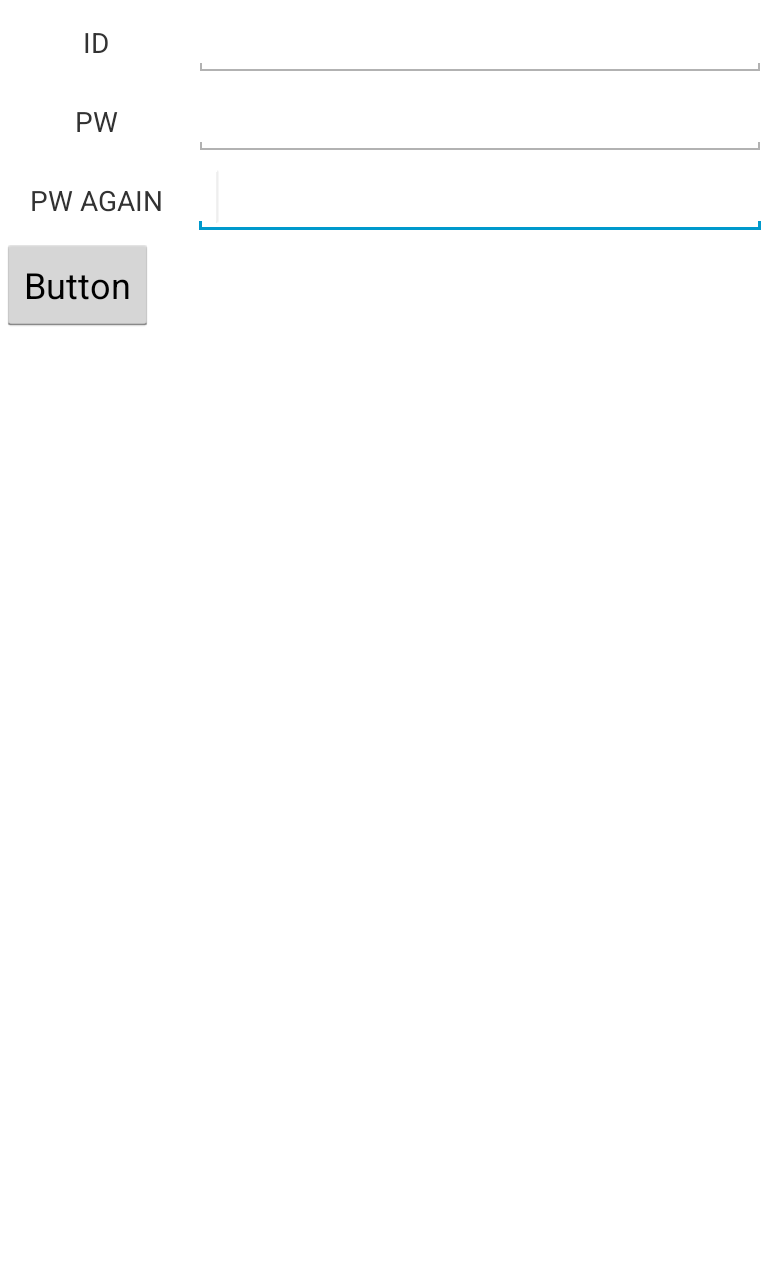
Repository: mewards/Android_Study
Layout: hw/wooil/hw4/res/layout/join.xml
The author's editor kept a copy of each file at every save. The layout is drawn from the files as they stood at one save, then again after the next save.
It is drawn on a 768 x 1280 px phone screen (xhdpi) without system bars, with theme AppTheme; the app's code is not run.

Above is the layout before, as saved 2014-03-04 05:33:39.

After the next save:
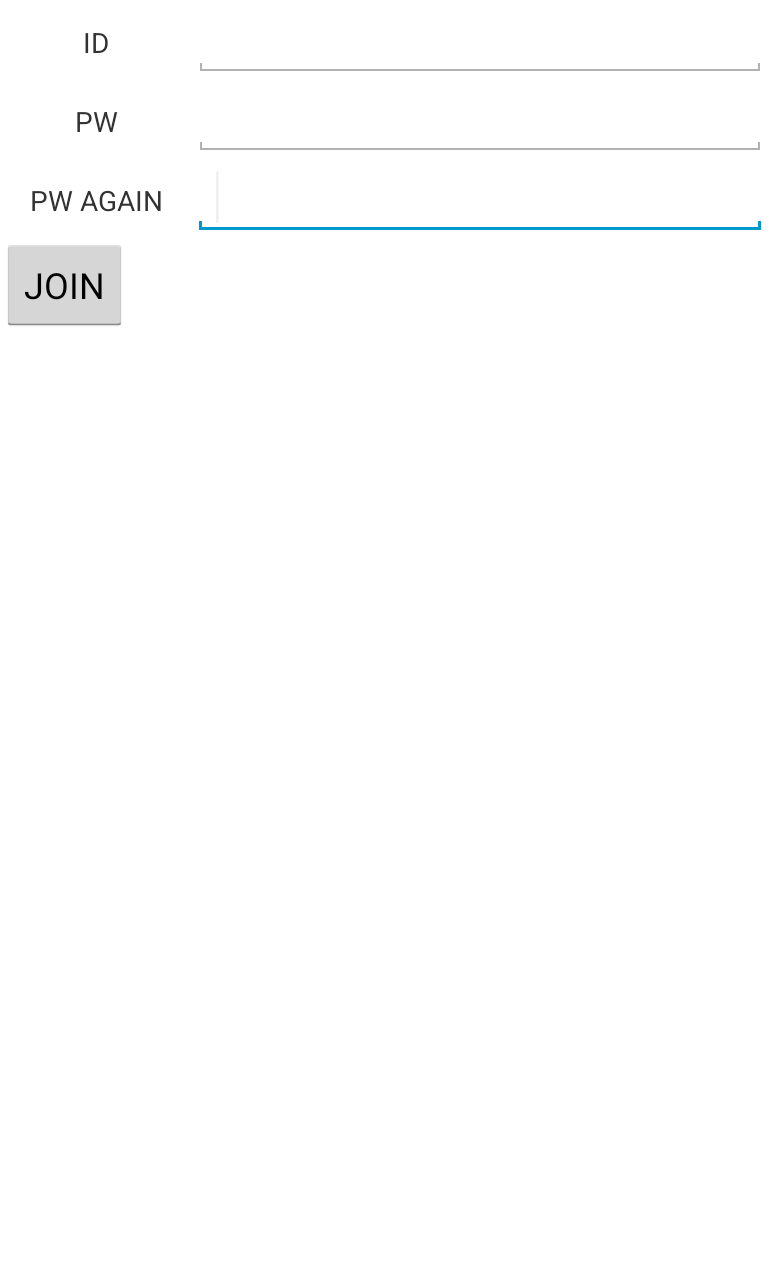
Saved 4 s later.
--- a/hw/wooil/hw4/res/layout/join.xml
+++ b/hw/wooil/hw4/res/layout/join.xml
@@ -80,6 +80,6 @@
         android:id="@+id/join_btn"
         android:layout_width="wrap_content"
         android:layout_height="wrap_content"
-        android:text="Button" />
+        android:text="JOIN" />
 
 </LinearLayout>
